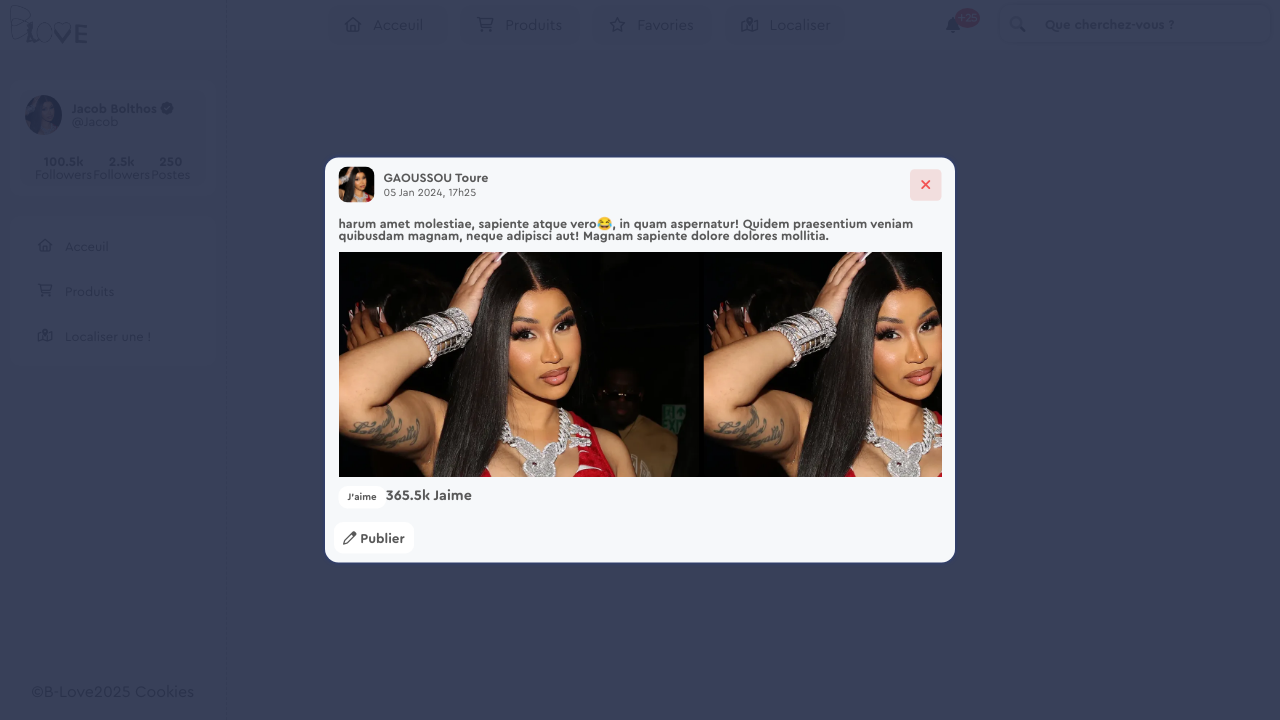
Repository: moomoony-log/b-love
Page: /home
An editor plug-in stored every save of this project. The page is shown before and after the next save, followed by the edit.
The browser window is 1280 px wide. The pictures show the whole page.
Pictures or frames that could not be fetched are drawn as grey boxes. The project was rebuilt for these pictures with package versions that can differ from the ones it lists, and the page was loaded fresh each time. Also part of the build but not shown: vite.config.ts, src/rules/legacy.tsx, src/rules/privacy.tsx, src/components/basic/notification.tsx, src/view/auth.tsx, src/view/main/acceuil.tsx, src/view/main/dashbord.tsx, src/view/main/info-account.tsx and 3 more.

Above is the page before, as saved 2025-10-15 15:21:01.

After the next save:
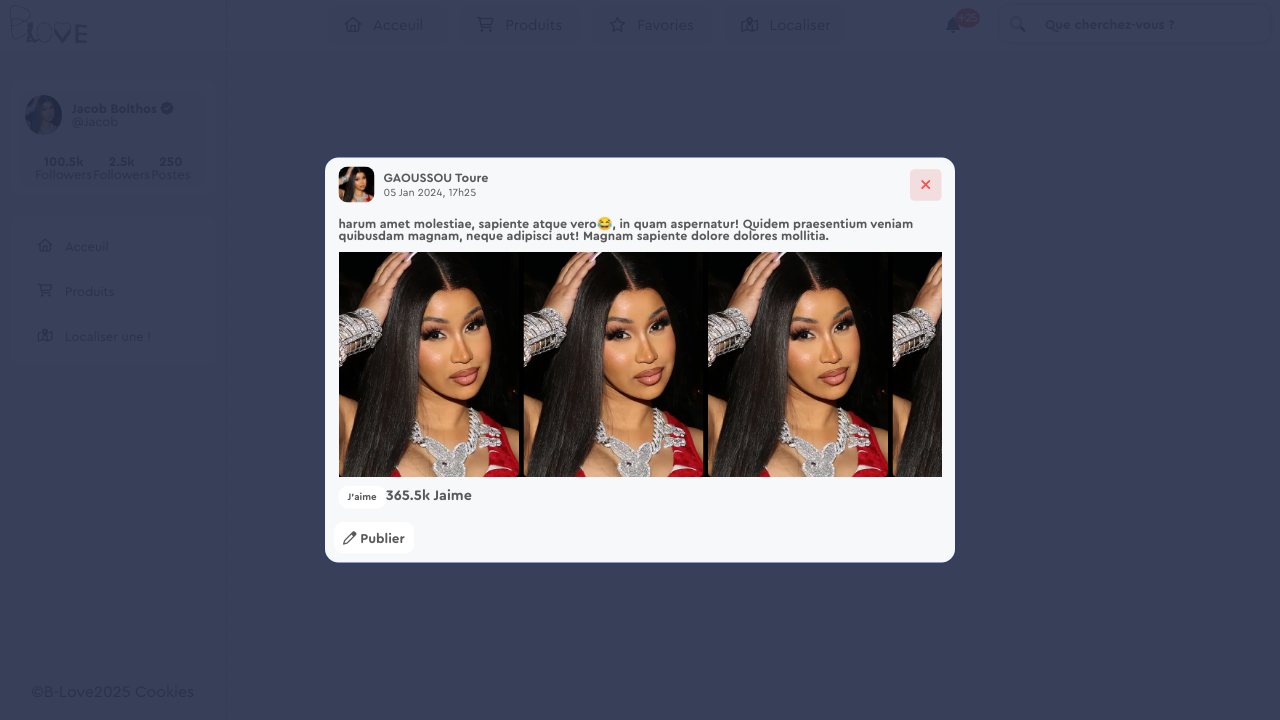
Saved 51 s later.
--- a/public/css/component/img.css
+++ b/public/css/component/img.css
@@ -53,7 +53,7 @@
 }
 .cont-account-img[data-name="pub-item-img"]{
     height: 100%;
-    min-width: 400px;
+    min-width: 200px;
     border-radius: 5px;
 }
 .cont-account-img[data-name="publication"]{
